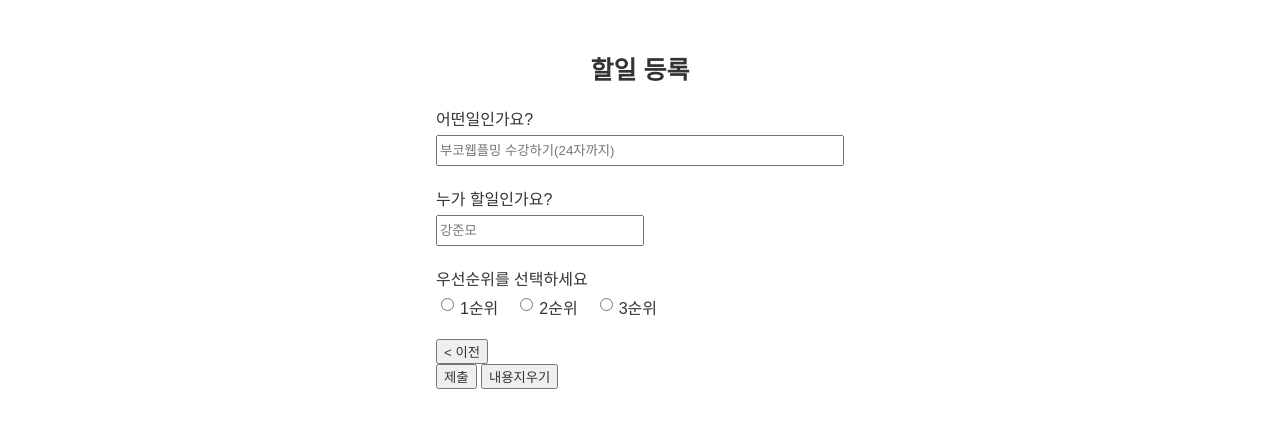
Repository: JmKanmo/BoostCourse_WebProgramming
Page: http://localhost/Todo/TodoFormServlet
These files come from the project's save history. The page is drawn as it stood at one moment and after the next save; the edit follows.
The browser window is 1280 px wide. The pictures show the whole page.
The page is served by Tomcat 9. Other server files are loaded and not shown.

Above is the page before, as saved 2020-01-21 01:30:45.

### Todo/src/main/webapp/todoForm.jsp
<%@ page language="java" contentType="text/html; charset=UTF-8"
	pageEncoding="UTF-8"%>
<!DOCTYPE html>
<html>
<head>
<meta charset="UTF-8">
<title>Insert title here</title>
<link rel="stylesheet" href="./css/todoForm.css">
</head>

<body>
	<div class="wrap">
		<form action="http://localhost:8080/Todo/TodoAddServlet" method="POST">
			<h1 class="title">할일 등록</h1>

			<div class="work_box">
				<label for="work">어떤일인가요?</label> <input type="text" id="work"
					class="workInput" placeholder="부코웹플밍 수강하기(24자까지)" required
					maxlength="24" />
			</div>

			<div class="who_box">
				<label for="who">누가 할일인가요?</label> <input type="text" id="who"
					class="whoInput" placeholder="강준모" required />
			</div>

			<div class="priority_box clear_fix">
				<label for="priority_1th">우선순위를 선택하세요</label>

				<div class="priority clear_fix">
					<input type="radio" id="priority_1th" name="priority" value="1th">
					<label for="priority_1th">1순위</label>
				</div>

				<div class="priority clear_fix">
					<input type="radio" id="priority_2th" name="priority" value="2th">
					<label for="priority_2th">2순위</label>
				</div>

				<div class="priority clear_fix">
					<input type="radio" id="priority_3th" name="priority" value="3th">
					<label for="priority_3th">3순위</label>
				</div>
			</div>

			<div class="button_box clear_fix">
				<button class="prev_btn" value="뒤로가기" onclick="history.back();">
					<p>< 이전</p>
				</button>

				<div class="btn_group clear_fix">
					<button class="submit_btn" type="submit" value="result">
						<p>제출</p>
					</button>
					<button class="reset_btn" type="reset" value="Reset">
						<p>내용지우기</p>
					</button>
				</div>
			</div>
		</form>
	</div>
</body>
</html>

### Todo/src/main/java/Todo/TodoFormServlet.java
package Todo;

import java.io.IOException;

import javax.servlet.RequestDispatcher;
import javax.servlet.ServletException;
import javax.servlet.annotation.WebServlet;
import javax.servlet.http.HttpServlet;
import javax.servlet.http.HttpServletRequest;
import javax.servlet.http.HttpServletResponse;

/**
 * Servlet implementation class TodoFormServlet
 */
@WebServlet("/TodoFormServlet")
public class TodoFormServlet extends HttpServlet {
	private static final long serialVersionUID = 1L;

	/**
	 * @see HttpServlet#HttpServlet()
	 */
	public TodoFormServlet() {
		super();
		// TODO Auto-generated constructor stub
	}

	/**
	 * @see HttpServlet#doGet(HttpServletRequest request, HttpServletResponse
	 *      response)
	 */
	protected void doGet(HttpServletRequest request, HttpServletResponse response)
			throws ServletException, IOException {
		// TODO Auto-generated method stub
		RequestDispatcher requestDispatcher = getServletContext().getRequestDispatcher("/todoForm.jsp");
		requestDispatcher.forward(request, response);
	}

}

### Todo/src/main/webapp/css/todoForm.css
@charset "utf-8";

/* 초기화 */
html, body, h1, h2, h3, ul, ol, p, a, dl, dt, dd, figure {
	margin: 0;
	padding: 0;
	font-family: '나눔 고딕', NanumGothic, '돋움', Dotum, sans-serif;
	list-style: none;
	font-weight: normal;
	text-decoration: none;
	outline: none;
	color: #333;
}

.clear_fix::after {
	display: block;
	content: "";
	clear: both;
}

.blind {
	position: absolute;
	clip: rect(0, 0, 0, 0);
	width: 1px;
	height: 1px;
	margin: -1px;
	overflow: hidden;
}

.wrap {
	width: max-content;
	margin: 50px auto;
}

.wrap .title {
	font-size: 25px;
	text-align: center;
	font-weight: bold;
	text-align: center;
}

.work_box, .who_box, .priority_box, .button_box {
	margin-top: 20px;
}

.work_box input {
	width: 400px;
	height: 25px;
	margin-top: 5px;
}

.wrap label {
	display: block;
}

.who_box input {
	margin-top: 5px;
	height: 25px;
	width: 200px;
	height: 25px;
}

.priority_box .priority {
	margin-top: 5px;
	float: left;
}

.priority label, .priority input {
	float: left;
}

.priority label {
	position: relative;
	left: 3px;
}

.priority:nth-child(n+3) {
	margin-left: 20px;
}

After the next save:
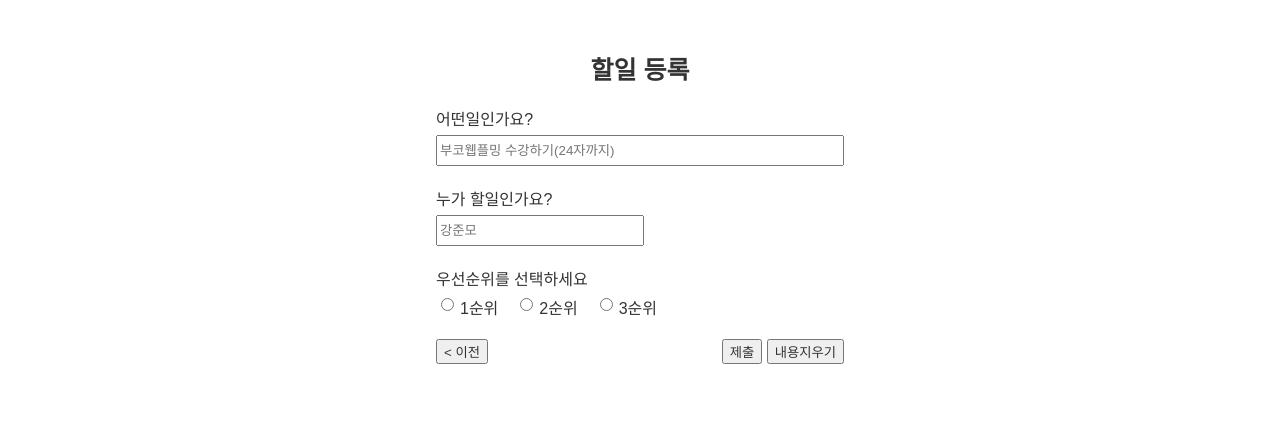
Saved 43 s later.
--- a/Todo/src/main/webapp/css/todoForm.css
+++ b/Todo/src/main/webapp/css/todoForm.css
@@ -77,3 +77,11 @@ html, body, h1, h2, h3, ul, ol, p, a, dl, dt, dd, figure {
 .priority:nth-child(n+3) {
 	margin-left: 20px;
 }
+
+.button_box .prev_btn {
+	float: left;
+}
+
+.button_box .btn_group {
+	float: right;
+}
